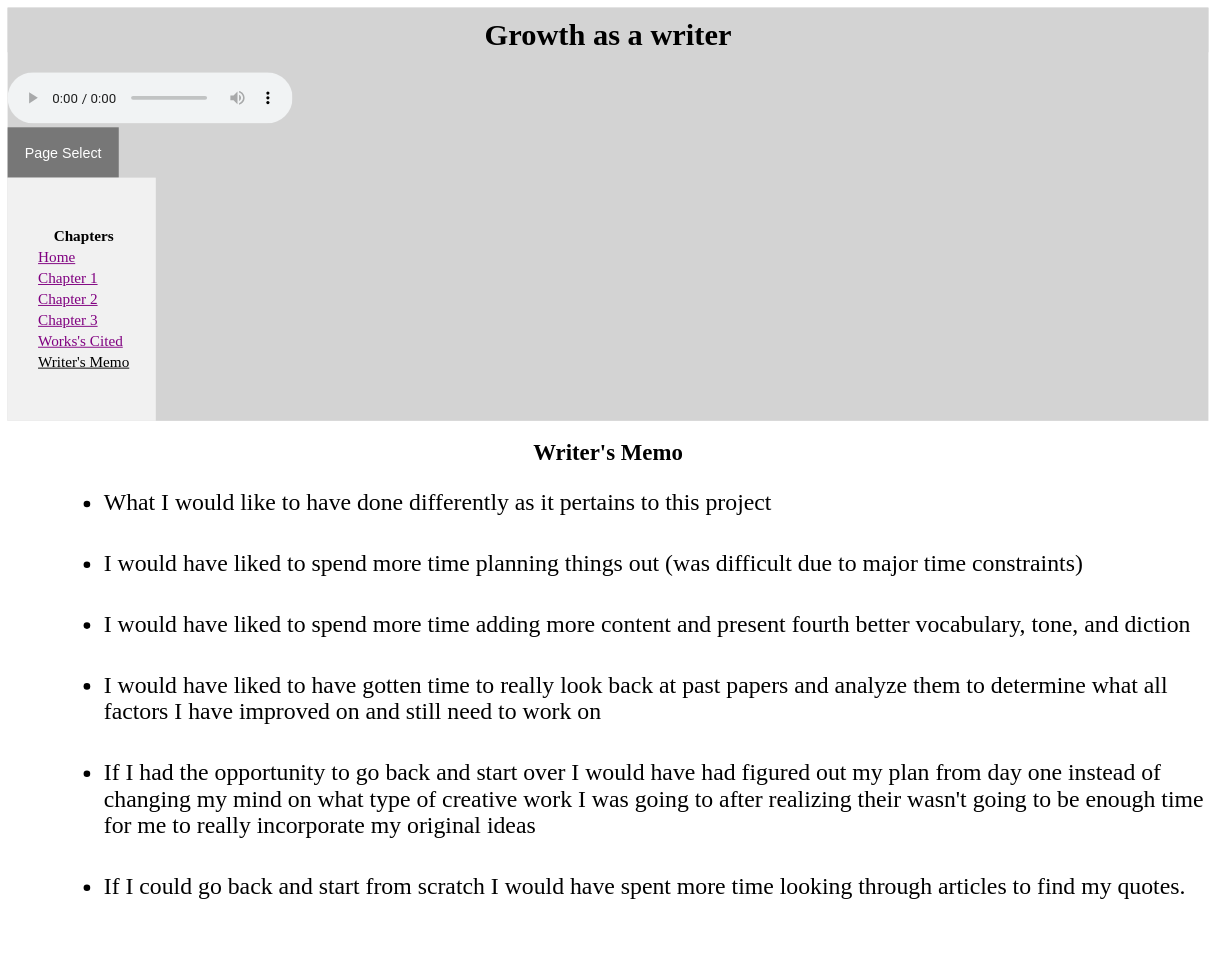
Repository: jpaisiem/WP-4
Page: WritersMemo.html
These files come from the project's save history. The page is drawn as it stood at one moment and after the next save; the edit follows.
The browser window is 1280 px wide. The pictures show the whole page, at 95% of full size.

Above is the page before, as saved 2025-05-01 12:33:17.
Console error: TypeError: Cannot read properties of undefined (reading 'toggle')

### WritersMemo.html
<!DOCTYPE html>
<html>
<head>
<meta name="viewport" content="width=device-width, initial-scale=1">
<style>
.collapsible {
  background-color: #777;
  color: white;
  cursor: pointer;
  padding: 18px;
  width: fit-content;
  border: none;
  text-align: left;
  outline: none;
  font-size: 15px;
}

.active, .collapsible:hover {
  background-color: #555;
}

.content {
  display: flex;
  flex-direction: column;
  overflow: hidden;
  background-color: #f1f1f1;
  width: fit-content;
  height: fit-content;
  padding-left: 2.3%;
  padding-right: 2%;
}
p
{
 font-size: 25px;
 text-align: left;
 margin-left: 5%;
}
li
{
 font-size: 25px;
 text-align: left;
 margin-left: 5%;

}
</style>
<title>Growth as a writer - Chapter 3</title>
</head>
<body>
    <div style="background-color: lightgray; display: flex; flex-direction: column; margin-top: 0%;">
        <h1 style="text-align: center; background-color: lightgray; padding-top: 10px; margin-top: 0%;">Growth as a writer</h1>
        <div style="align-items: center;">
        <audio controls>
            <source src="audio.mp3" type="audio/mpeg">
        </audio>
        </div>
<button type="button" class="collapsible">Page Select</button>
<div class="content">
  <p><table>
    <tr>
        <th>Chapters</th>
    </tr>
    <tr>
        <td><a href="index.html" style="color: purple;">Home</a></td>
    </tr>
    <tr>
        <td><a href="Chapter1.html" style="color: purple;">Chapter 1</a></td>
    </tr>
     <tr>
        <td><a href="Chapter2.html" style="color: purple;">Chapter 2</a></td>
    </tr>
    <tr>
        <td><a href="Chapter3.html" style="color: purple;">Chapter 3</a></td>
    </tr>
     <tr>
        <td><a href="WorksCited.html" style="color: purple;">Works&apos;s Cited</a></td>
    </tr>
    <tr>
        <td><a href="WritersMemo.html" style="color: black;">Writer&apos;s Memo</a></td>
    </tr>
  </table></p>
</div>
    </div>
<div style="text-align: center;">
     <h2 style="text-align: center;">Writer&apos;s Memo</h2>
     <p>
      <ul>
    <li>What I would like to have done differently as it pertains to this project</li><br><br>
<li>I would have liked to spend more time planning things out (was difficult due to major time constraints)</li><br><br>
<li>I would have liked to spend more time adding more content and present fourth better vocabulary, tone, and diction</li><br><br>
<li>I would have liked to have gotten time to really look back at past papers and analyze them to determine what all factors I have improved on and still need to work on</li><br><br>
<li>If I had the opportunity to go back  and start over I would  have had figured out my plan from day one instead of changing my mind on what type of creative work I was going to after realizing their wasn't going to be enough time for me to really incorporate my original ideas</li><br><br>
<li>If I could go back and start from scratch I would have spent more time looking through articles to find my quotes.</li><br><br>
</ul>
</p>
</div>
<script>
var coll = document.getElementsByClassName("collapsible");
var i;

for (i = 0; i < coll.length; i++) {
  coll[i].addEventListener("click", function() {
    this.classList.toggle("active");
    var content = this.nextElementSibling;
    if (content.style.display === "block") {
      content.style.display = "none";
    } else {
      content.style.display = "block";
    }
  });
}
if(location.reload){
    this.classList.toggle("collapsible");
}
</script>

</body>
</html>

After the next save:
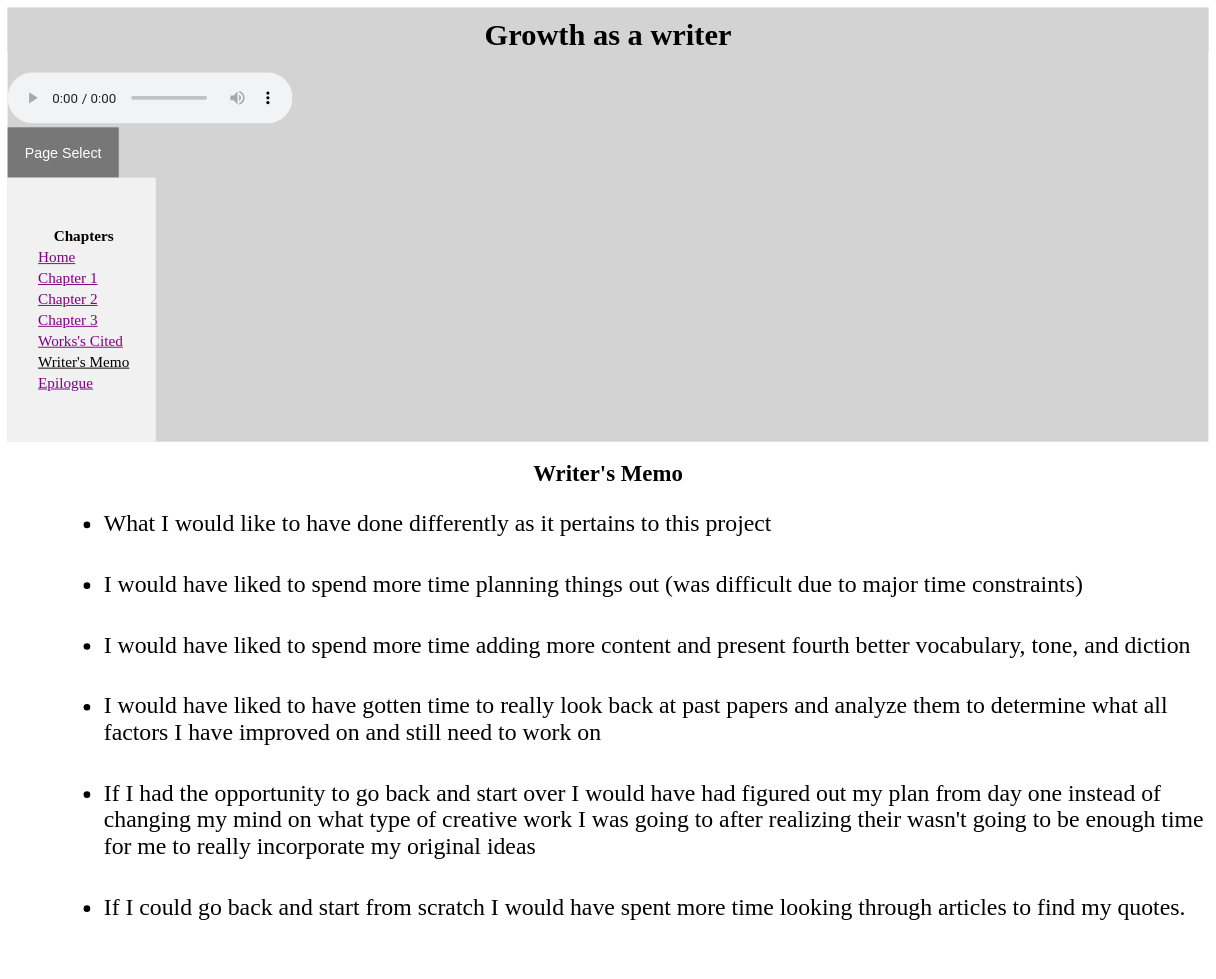
Saved 10 s later.
--- a/WritersMemo.html
+++ b/WritersMemo.html
@@ -77,6 +77,9 @@ li
     <tr>
         <td><a href="WritersMemo.html" style="color: black;">Writer&apos;s Memo</a></td>
     </tr>
+    <tr>
+        <td><a href="Epilogue.html" style="color: purple;">Epilogue</a></td>
+    </tr>
   </table></p>
 </div>
     </div>
